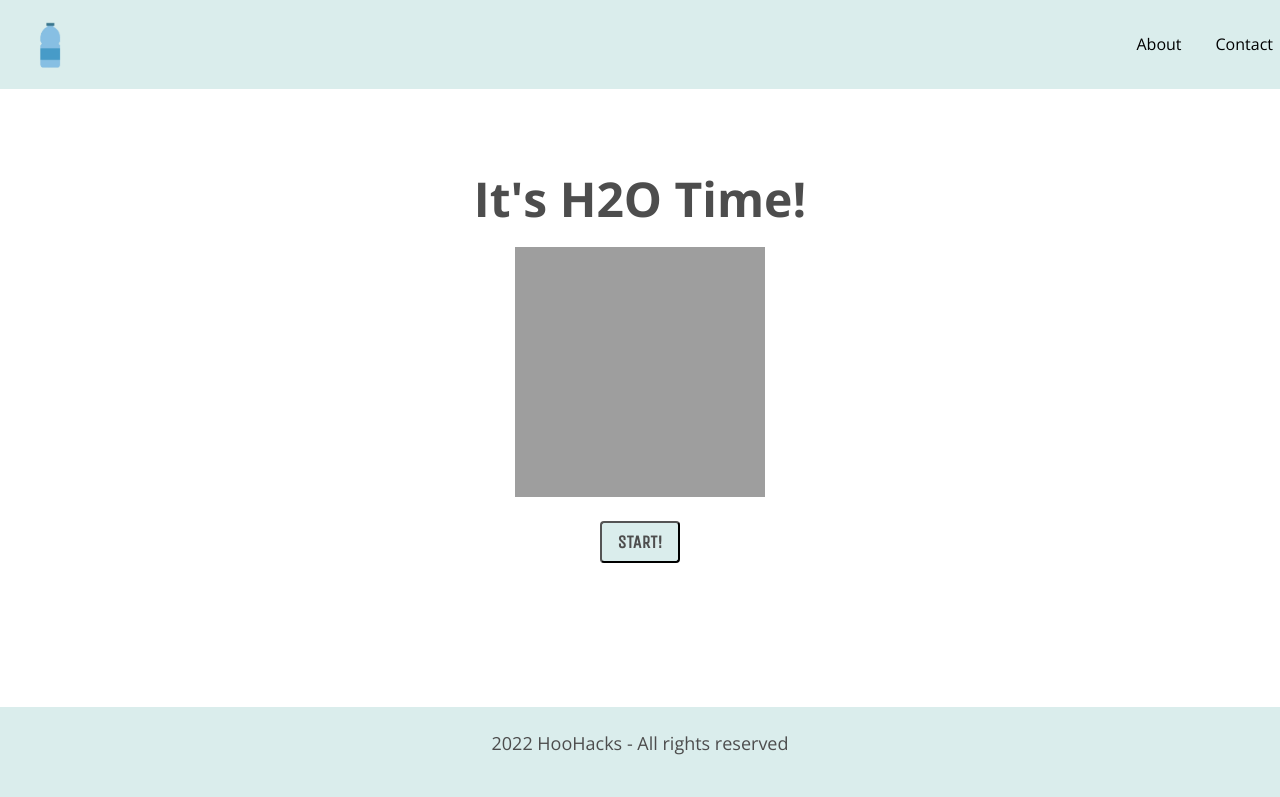
Repository: jennyjjung/H2ODaily
Page: index.html
An editor plug-in stored every save of this project. The page is shown before and after the next save, followed by the edit.
The browser window is 1280 px wide. The pictures show the whole page.
The pointer rests on the first visible `.navbar__menu__item`.
Pictures or frames that could not be fetched are drawn as grey boxes.

Above is the page before, as saved 2022-03-26 18:29:56.

After the next save:
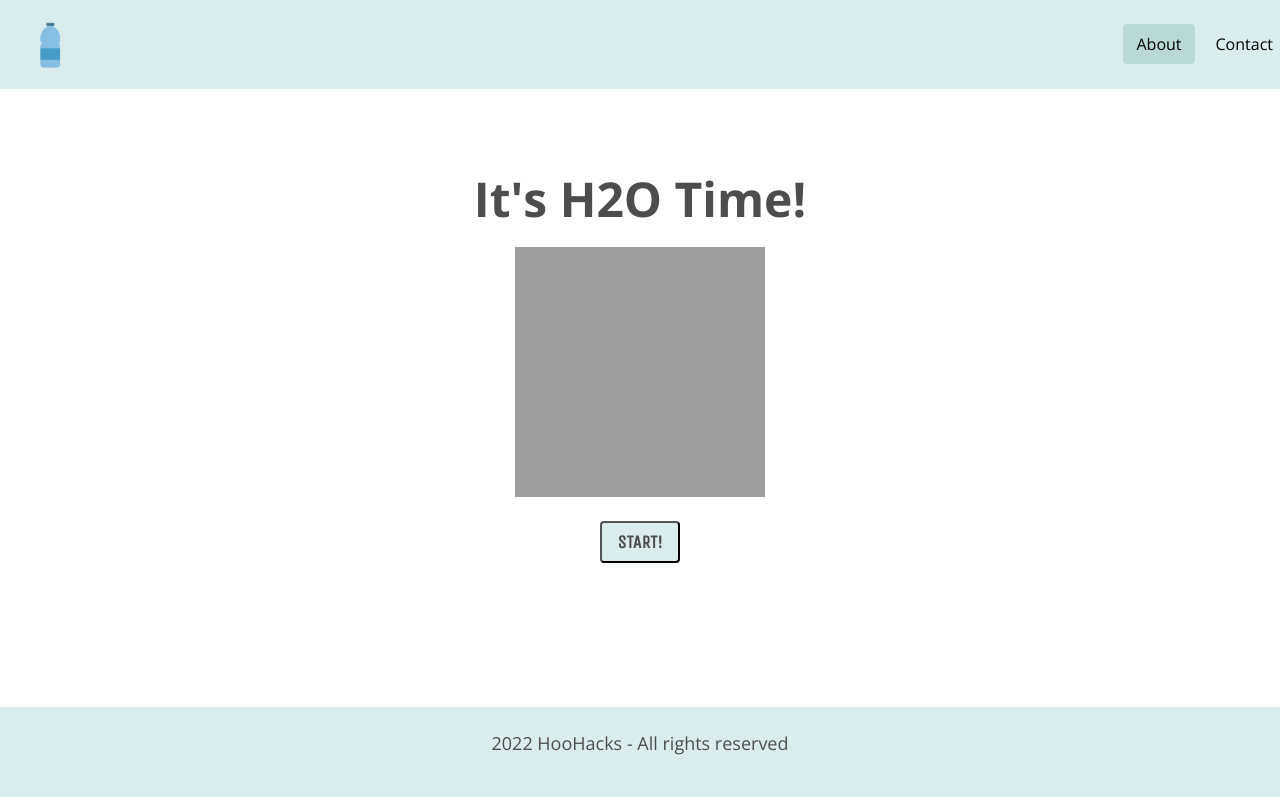
Saved 35 s later.
--- a/style.css
+++ b/style.css
@@ -87,6 +87,10 @@ a {
   border-radius: var(--size-border-radius);
 }
 
+.navbar__menu__item:hover {
+  background-color: var(--color-dark-blue);
+}
+
 /* Home */
 #home {
   padding: 150px 40px 120px 40px;
